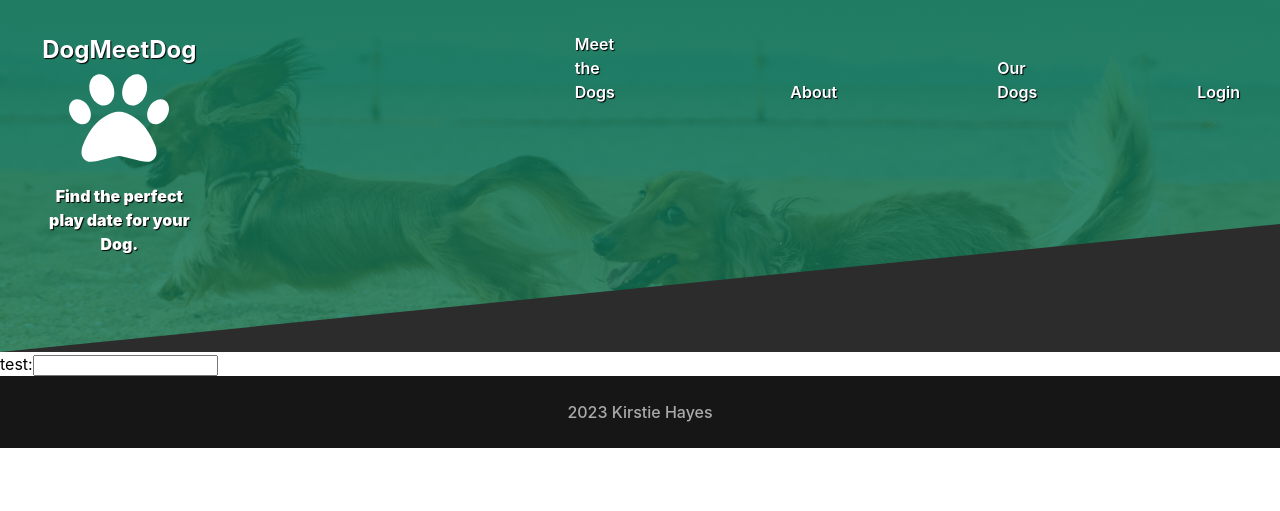
Repository: epixieme/dogmeetdog
Page: /questions (app in client/)
The author's editor kept a copy of each file at every save. The page is drawn from the files as they stood at one save, then again after the next save.
The browser window is 1280 px wide. The pictures show the whole page.
Some web libraries are served in a nearby version. The project was rebuilt for these pictures with package versions that can differ from the ones it lists, and the page was loaded fresh each time. Also part of the build but not shown: client/vite.config.ts, client/src/components/Shared/Headers/Dashboard-Header/dashboardHeader.css, client/src/components/Shared/Headers/Dashboard-Header/DashboardHeader.tsx, client/src/components/Layouts/Login_Layout.tsx, client/src/pages/LoggedOut/Home.tsx, client/src/components/Shared/ErrorMessage/ErrorMessage.tsx, client/src/components/Shared/Loader/Loader.tsx, client/src/pages/LoggedOut/About/About.tsx and 10 more.

Above is the page before, as saved 2024-01-22 16:33:14.

### client/index.html
<!DOCTYPE html>
<html lang="en">
  <head>
    <meta charset="UTF-8" />
    <link rel="icon" type="image/svg+xml" href="/vite.svg" />
    <meta name="viewport" content="width=device-width, initial-scale=1.0" />
    <script src="https://kit.fontawesome.com/b189f585cc.js" crossorigin="anonymous"></script>
    <title>Vite + React</title>
  </head>
  <body>
    <div id="root"></div>
    <script type="module" src="src/main.tsx"></script>
  </body>
</html>

### client/src/main.tsx
import ReactDOM from "react-dom/client";
import App from "./App";
import "./index.css";
import { ApolloClient, InMemoryCache, gql, ApolloProvider,} from '@apollo/client'
import React from "react";

const client = new ApolloClient({
  uri: 'http://localhost:4000',
  cache: new InMemoryCache(),
})

ReactDOM.createRoot(document.getElementById("root") as Element).render(

<ApolloProvider client={client}>
    <App />
</ApolloProvider>

);

### client/src/App.tsx
import { RouterProvider } from "react-router-dom";
import router from "./routes/router";


function App() {
  return <RouterProvider router={router} />
}

export default App;

### client/src/index.css
:root {
  font-family: Inter, system-ui, Avenir, Helvetica, Arial, sans-serif;
  line-height: 1.5;
  font-weight: 400;
}

html {
  font-size: 100%;
}

body {
  margin: 0;
  padding: 0;
  box-sizing: border-box;
  min-height: 100vh;
  background:white
}

a {
  text-decoration: unset;
  color: unset;
}

body::-webkit-scrollbar {
  display: none;
}

body {
  -ms-overflow-style: none;
  scrollbar-width: none;
}

.invisible{
  visibility: hidden;
}

.visible{
  visibility: visible;
}
.hidden {
  display: none;
}

/*** loading spinner ***/


@keyframes grow {
  0%{
    transform: scale(1);
  }
  20%{
    transform: scale(1.3);
  }
  40%{
    transform: scale(1.5);
  }
  60%{
    transform: scale(1.4);
  }
  80%{
    transform: scale(1.3);
  }
  100%{
    transform: scale(1);
  }
}

@keyframes fade {
  0%{
    color:#868282
  }
  50%{
    color:white
  }
  100%{
    color:#868282
  }

}

.loader{
  width: 100vw;
  height: 50vh;
  display: flex;
  align-items: center;
  justify-content: center;
  gap:20px;
  color:white;
  background: #2C2C2C;

}

.loader h2{
  animation:fade 5s linear infinite;
}
.one,.two,.three{
  background: #868282;
  height:10px;
  width:10px;
  border-radius: 50%;
  animation:grow 3s linear infinite;

}

@keyframes spinner {
  0% {
    transform: rotate(0deg);
  }

  100% {
    transform: rotate(360deg);
  }
}

.loading-spinner {
  display: flex;
  align-items: center;
  justify-content: center;
  padding: 20px;
  width: 50px;
  height: 50px;
  border: 10px solid #293264;
  border-top: 10px solid #3b673a;
  border-radius: 50%;
  animation: spinner 5s linear infinite;
  color:white
}

.spinner-container {
  display: grid;
  justify-content: center;
  align-items: flex-start;
  height: 100vh;
  background: #2C2C2C;
}
/*** layout ***/

.layout-wrapper {
  min-height: 70vh;
  display: flex;
  flex-direction: column;

}

/*** navigation menu ***/

.nav-menu-container {
  display: flex;
  align-items: flex-start;
  padding: 2rem 2.5rem;
  background: #2C2C2C;
  height: 5vh;
  font-size: 1rem;
  gap: 1rem;
  color: white;
  position: relative;
  height: 40vh;
  background: linear-gradient(0deg, rgba(15,115,85,0.8), rgba(15,115,85,0.9)),
  url("./assets/images/nav-background-img.jpg") no-repeat center center;
  background-size: 100%;
  background-position: cover;


}


.nav-menu-container > svg {
  position: absolute;
  bottom: 0;
  left:0;
  width: 100%;
  height: 10vw;

  /* set height to pixels if you want angle to change with screen width */
}
.nav-menu-container .logo {
  color: white;
  font-weight: 900;
  font-size: 1rem;
  text-shadow:1px 1px 2px pink;
}

.nav-links-container {
  /* padding-top: 1rem; */

  display: flex;
  justify-content: flex-end;
  align-items: flex-end;
  gap: 2.5em;

}

.nav-links-container a {
  text-decoration: none;
  font-weight: 600;
  font-size: 10px;
  color:white;

}

.nav-links-container a:hover {
  color:white;
  text-decoration: underline;
}

/*** home page ***/

.home-container {

  color: white;

padding: 20px 10px;
  /* display: flex;
    justify-content: flex-start;
    flex-direction: column;
    align-items: center; */
    background-image: url(./assets/images/dogs-hero-image.png);
    background-repeat: no-repeat;
    background-size: auto auto;

    background-position: center center;
    background-color: #2C2C2C;
    height: 100vh;
    margin:0
  /* background-color: rgba(15,115,85,0.4); */

}


.home-container h1 {

  font-weight: 700;
  font-size: 2.25rem;
  line-height: 42px;
}

.home-container p {
  line-height: 24px;
}

.home-container .btnLink button{
  color:white;
  display: inline-block;
  text-align: center;
  background-color: #e71a88;
  border: 2px solid white;
  box-shadow:0 0 0 0px white, 0 0 0 2px #F26700;
  width: 100%;
  margin-top: 27px;
  padding-block: 0.75rem;
  padding-inline: 3rem;
  font-weight: 700;
  border-radius: 5px;
  cursor: pointer;
  transition: transform 0.1s ease-in-out;
  box-shadow: 0 3px 10px rgb(0 0 0 / 0.2);
  transition: 0.3s;
}

.home-container button:hover {
  background-color: #0F7355;
  box-shadow: 0 3px 10px rgb(0 0 0 / 0.6);
}

.home-container a {
  color: white;
  text-decoration: none;
}

.home-container a:hover {
  transform: translate(1px, 1px);
}

.carousel-container {
  padding-block: 30px;
  width: 100%;
  display: flex;
  flex-direction: column;
  align-items: center;
}

.carousel-container img {
  box-shadow: 2px 2px 6px 0px rgba(0, 0, 0, 0.3);
  width: 20rem;
  height: 20rem;
  border-radius: 20px;
  object-fit: cover;
  object-position: bottom;
}


.carousel-container-elements {
  display: grid;
  grid-template-columns: 1fr;
  grid-gap: 20px;
  align-items: stretch;
  text-align: center;
  padding-inline: 20px;
}

.carousel-container-elements {
  font-weight: 600;
}

.carousel-buttons {
  display: flex;
  padding-top: 30px;
  gap: 2em
}

/* all buttons inside of carousel */

.carousel-buttons button {
  display: inline-block;
  text-align: center;
  background-color: #3B673A;
  border: none;
  width: 130px;
  margin-top: 27px;
  padding-block: 0.75rem;
  padding-inline: 1rem;
  font-weight: 700;
  border-radius: 5px;
  cursor: pointer;
  transition: transform 0.1s ease-in-out;
  box-shadow: 0 3px 10px rgb(0 0 0 / 0.2);
  color: white;
  transition: 0.3s;

}

.carousel-buttons button:hover {
  background-color: #244323;
  box-shadow: 0 3px 10px rgb(0 0 0 / 0.6);

}

/* animations */
.carousel-fade-in {
  animation: carousel-fade-in 2s;
  opacity: 1;
}

@keyframes carousel-fade-in {
  from {
    opacity: 0;
  }
}

/*** About Page ***/
.about-hero-img {
  margin-top:40px;
  max-width: 90%;
  border-radius: 20px;
}
.about-container{
  background-color: #2C2C2C;

}
.about-content {
  padding-inline: 23px;
  color: white;
  margin-bottom: 55px;

}

.about-content h1 {
  line-height: 38px;
}

.about-content p {
  line-height: 22px;
}

.about-call-to-action {
  background-color: #C3CA95;
  border: 4px solid #3A673A;
  color: white;
  padding-inline: 32px;
  padding-bottom: 32px;
  margin-inline: 27px;
  border-radius: 5px;
  box-shadow: 0 3px 10px rgb(0 0 0 / 0.2);
}

.about-call-to-action h2 {
  margin: 0;
  padding-block: 37px;
  font-weight: 1.5rem;
}

.about-call-to-action .btnLink button{
  color:white;
  display: inline-block;
  text-align: center;
  background-color: #3B673A;
  border: none;
  width: 100%;
  margin-top: 27px;
  padding-block: 0.75rem;
  padding-inline: 3rem;
  font-weight: 700;
  border-radius: 5px;
  cursor: pointer;
  transition: transform 0.1s ease-in-out;
  box-shadow: 0 3px 10px rgb(0 0 0 / 0.2);
  transition: 0.3s;
}


.about-call-to-action button:hover {
  background-color: #244323;
  box-shadow: 0 3px 10px rgb(0 0 0 / 0.6);

}

.footer-container {
  background-color: #161616;
  color: #aaaaaa;
  height: 10vh;
  display: flex;
  flex-shrink: 0;
  justify-content: center;
  align-items: center;
  font-weight: 500;
  margin:0
}


/*** Dogs page ***/
.dogs-container{
  background-color: #2C2C2C;
  color:white
}
.dog-list-container {
  padding-inline: 23px
}

.dog-list {
  display: grid;
  grid-template-columns: 1fr;
  justify-items: center;
  gap: 34px;
  padding: 20px;

}

.dog-list-container button {
  margin-right: 20px;
  cursor: pointer;
}


.dog-card {
  margin-bottom: 30px
}

.dog-card a {
  color:white;
  text-decoration: none;
}

.dog-card img {
  max-width: 100%;
  border-radius: 5px;
  width: 20rem;
  height: 20rem;
  object-fit: cover;
}


.dog-likes {
  display: flex;
  align-items: center;
  height: 34px;
  padding: 6px 26px;
  font-style: normal;
  font-weight: 500;
  border: none;
  border-radius: 5px;
  background-color: #115E59;
  color: white
}

.dog-likes:hover {
  color: #FFEAD0;
}

.dog-likes:focus {
  outline: none;
}



/* .dog-condition.juicy-bones {
  background-color: #dd542b;
} */





.dog-condition.top-notch {
  background-color: #161616;
}

.dog-condition.clear-filters {
  margin-left: -20px;
  height: 34px;
  padding: 6px 26px;
  font-style: normal;
  font-weight: 500;
  border: none;
  border-radius: 5px;
  text-decoration: underline;
  background-color: transparent;
  color: #4D4D4D;
}

.not-found-container {

  display: flex;
  flex-direction: column;
  align-items: center;
  padding-inline: 23px;
  text-align: center;

}

.not-found-container>h1 {
  font-size: 1rem;
}

.not-found-container .link-button {
  display: inline-block;
  text-align: center;
  background-color: #3B673A;
  border: none;
  width: 50%;
  margin-top: 27px;
  padding-block: 0.75rem;
  font-weight: 700;
  border-radius: 5px;
  cursor: pointer;
  transition: transform 0.1s ease-in-out;
  box-shadow: 0 3px 10px rgb(0 0 0 / 0.2);
  color: white
}

.footer-container{
  background-color: #161616;
  color: #aaaaaa;
  height: 10vh;
  display: flex;
  flex-shrink: 0;
  justify-content: center;
  align-items: center;
  font-weight: 500;
  margin:0
}

.dog-detail-container{
  display: flex;
  justify-content: center;
  background-color: #2C2C2C;



  }
.dog-detail{
  margin-top:40px;
  display: flex;
  flex-direction: column;
  justify-content: center;
  align-items: center;
  width:400px;
  color: white;
}


.dog-detail-container img{
  border-radius: 20px;
  object-fit: cover;
  width:400px;
  border:white 2px solid

}

@media screen and (min-width: 800px) {
  .nav-menu-container .logo > h1 {
    font-size: 1.5rem;
    margin:0;
    text-shadow: 1px 1px 1px #000;
  }

  .logo > p {

    font-size: 1rem;
    text-shadow: 1px 1px 1px #000;
  }
  .logo svg {
    height:100px;
    fill:white;

  }

  .logo{
    display: flex;
    flex-direction: column;
    align-items: center;
    justify-content: flex-end;
    margin-right: 30%;
    width:15%;
    text-align: center;
  }

  .nav-links-container a {
    font-size: 1rem;
    text-shadow: 1px 1px 1px #000;
  }

  .nav-menu-container {
    /* justify-content: space-between;
    padding: 20px 50px; */
  }

  .nav-links-container {
    display: flex;
    gap: 10em;

  }


  .home-container {
    display: flex;
    justify-content: flex-end;
    flex-direction: column;
    align-items: center;
    background-image: url(./assets/images/dogs-hero-background.png);
    background-repeat: no-repeat;
    background-position: top;
    background-size: stretch;
    background-color: #2C2C2C;
    height: 70vh;
    margin:0

  }

  .home-container .btnLink{
    width: 25%
  }

  .carousel-container-elements {
    grid-template-columns: repeat(3, 1fr);
  }

  .carousel-container img {
    width: 25rem;
    height: 25rem;
  }

  .carousel-container{
    background: transparent;
  }

  .carousel-buttons button {
    width:200px
  }

  .about-container {
    display: flex;
    flex-direction: column;
    justify-content: center;
    align-items: center;
  }

  .about-content {
    display: flex;
    flex-direction: column;

  }

  .about-content h1 {
    font-size: 1.5rem;
  }

  .about-call-to-action button {
    width: 20%
  }

  .about-call-to-action {
    display: flex;
    flex-direction: column;
    align-items: center;
    width: 50%;

  }

  .dog-condition {
    display: flex;
    align-items: center;
  }

  .dog-card-container {
    display: grid;
    grid-template-columns: repeat(4, 1fr);
    justify-content: center;
    gap: 20px;
    padding-inline: 20px;
  }

  .dog-card {
    display: flex;
    flex-direction: column;
    align-items: flex-start;
    justify-content: center;
    padding-bottom: 20px;
  }

  .search-bar{
    display:flex
  }

}

### client/src/routes/router.tsx
import {
  createBrowserRouter,
  createRoutesFromElements,
  Route,
} from "react-router-dom";

import Main_Layout from "../components/Layouts/Main_Layout";
import Login_Layout from "../components/Layouts/Login_Layout";
import Home from "../pages/LoggedOut/Home";
import About from "../pages/LoggedOut/About/About";
import DisplayDogs from "../pages/LoggedOut/Dogs/DisplayDogs";
import NotFound from "../pages/Shared/NotFound";
// import DogDetails from "../pages/LoggedOut/Dogs/DogDetails";
import Dashboard from "../pages/LoggedIn/Dashboard";
import Reviews from "../pages/LoggedIn/Reviews";
import Question from "../pages/SignUp/Question";
import Login from "../pages/Login/Login";
import QuestionPage from "../pages/SignUp/QuestionPage";



//nested routes
const router = createBrowserRouter(
  createRoutesFromElements(
    <Route path="/" element={<Main_Layout />}>
      <Route index element={<Home />} />
      <Route path="dogs" element={<DisplayDogs /> } />
      <Route path="about" element={<About />} />
      <Route path="questions" element={<QuestionPage />} />
      <Route path="login"element={<Login />}/>
      {/* <Route path="dogs/:id" element={<DogDetails />} /> */}
      <Route path="meetdogs" element={<Login_Layout />}>
        <Route index element={<Dashboard />} />
        <Route path="reviews" element={<Reviews />} />
      </Route>
      <Route path="*" element={<NotFound />} />
    </Route>
  )
);

export default router;

### client/src/components/Layouts/Main_Layout.tsx
import Footer from "../shared/Footer/Footer"
import Header from "../shared/Headers/Main-Header/Header";
import { Outlet } from "react-router-dom";

export default function Main_Layout() {
  return (
    <>
      <Header />
      <main className="">
        <Outlet />
      </main>
      <Footer />
    </>
  );
}

### client/src/pages/SignUp/QuestionPage.tsx
import { Question } from "@/components/features"
export default function Questions(){

    return (
        <>
        <Question questionText='test'/>
        </>
    )
}

### client/src/components/Shared/Footer/Footer.tsx
export default function Footer() {
  return (
    <footer className="footer-container">
      <p>2023 Kirstie Hayes</p>
    </footer>
  );
}

### client/src/components/Shared/Headers/Main-Header/Header.tsx
import { Link, NavLink } from "react-router-dom";
// @ts-ignore
import useWindowWidth  from '../../../../hooks/useWindowWidth'

export default function Header() {
  const activeStyles = {
    textDecoration: "underline",
    color: "white",
  };

  const inactiveStyles = {
    color: "white",
  };

  const screenWidth = useWindowWidth()

  return (
    <header className="nav-menu-container">
      <svg
        xmlns="http://www.w3.org/2000/svg"
        viewBox="0 0 100 100"
        preserveAspectRatio="none"
      >
        <polygon fill="#2C2C2C" points="0,100 100,0 100,100" />
      </svg>

      <Link className="logo" to="/">
        <h1>DogMeetDog</h1>
        <svg
          xmlns="http://www.w3.org/2000/svg"
          height="1em"
          viewBox="0 0 512 512"
        >
          <path d="M226.5 92.9c14.3 42.9-.3 86.2-32.6 96.8s-70.1-15.6-84.4-58.5s.3-86.2 32.6-96.8s70.1 15.6 84.4 58.5zM100.4 198.6c18.9 32.4 14.3 70.1-10.2 84.1s-59.7-.9-78.5-33.3S-2.7 179.3 21.8 165.3s59.7 .9 78.5 33.3zM69.2 401.2C121.6 259.9 214.7 224 256 224s134.4 35.9 186.8 177.2c3.6 9.7 5.2 20.1 5.2 30.5v1.6c0 25.8-20.9 46.7-46.7 46.7c-11.5 0-22.9-1.4-34-4.2l-88-22c-15.3-3.8-31.3-3.8-46.6 0l-88 22c-11.1 2.8-22.5 4.2-34 4.2C84.9 480 64 459.1 64 433.3v-1.6c0-10.4 1.6-20.8 5.2-30.5zM421.8 282.7c-24.5-14-29.1-51.7-10.2-84.1s54-47.3 78.5-33.3s29.1 51.7 10.2 84.1s-54 47.3-78.5 33.3zM310.1 189.7c-32.3-10.6-46.9-53.9-32.6-96.8s52.1-69.1 84.4-58.5s46.9 53.9 32.6 96.8s-52.1 69.1-84.4 58.5z" />
        </svg>
        <p>Find the perfect play date for your Dog.</p>
      </Link>

      <nav className={// @ts-ignore
      screenWidth > 800 ? "nav-links-container" : "hidden"}>
      <NavLink
          to="/meetdogs"
          style={({ isActive }) => (isActive ? activeStyles : inactiveStyles)}
        >
          Meet the Dogs
        </NavLink>
        <NavLink
          to="/about"
          style={({ isActive }) => (isActive ? activeStyles : inactiveStyles)}
        >
          About
        </NavLink>
        <NavLink
          to="/dogs"
          style={({ isActive }) => (isActive ? activeStyles : inactiveStyles)}
        >
          Our Dogs
        </NavLink>
        <NavLink
          to="/login"
          style={({ isActive }) => (isActive ? activeStyles : inactiveStyles)}
        >
          Login
        </NavLink>
      </nav>
    </header>
  );
}

### client/src/components/Features/index.ts
export {default as DogCardList } from './DogCardList/DogCardList'
export {default as DogInformationCard}  from  './DogInformationCard/DogInformationCard'
export {default as Question }  from  './Question'

### client/src/hooks/useWindowWidth.jsx
import { useState, useEffect } from "react";

const useWindowWidth = () => {
  const [windowWidth, setWindowWidth] = useState(window.innerWidth);
  console.log(windowWidth)

  const updateWindowWidth = () => {
    setWindowWidth(window.innerWidth);

  };
  useEffect(() => {
    window.addEventListener("resize", updateWindowWidth);

    return () => window.removeEventListener("resize", updateWindowWidth);
  }, []);

  return windowWidth;
};

export default useWindowWidth;

### client/src/components/Features/Question.tsx

interface Props {
  questionText: string;

}

export default function Question({ questionText }: Props) {
  return (
    <form action="" className="question1-container">
      <label>{questionText}:</label>
      <input type="text"></input>


    </form>
  );
}

### client/src/components/Shared/Button/Button.tsx
import React from "react";
import { Link } from "react-router-dom";


interface buttonProps {
  btnText:string,
  route?:any,
  onClick?: () => void,
}


export default function Button({ btnText, route, onClick }: buttonProps){
  return (
    <Link to={route} onClick={onClick} className="btnLink">
      <button> {btnText}</button>
    </Link>
  );
}

### client/src/components/Shared/index.ts
export { default as Button } from './Button/Button'
export { default as ErrorMessage } from './ErrorMessage/ErrorMessage'
export { default as Footer } from './Footer/Footer'
export { default as Header } from './Headers/Main-Header/Header'
export { default as DashboardHeader} from './Headers/Dashboard-Header/DashboardHeader'
export { default as Loader } from './Loader/Loader'

After the next save:
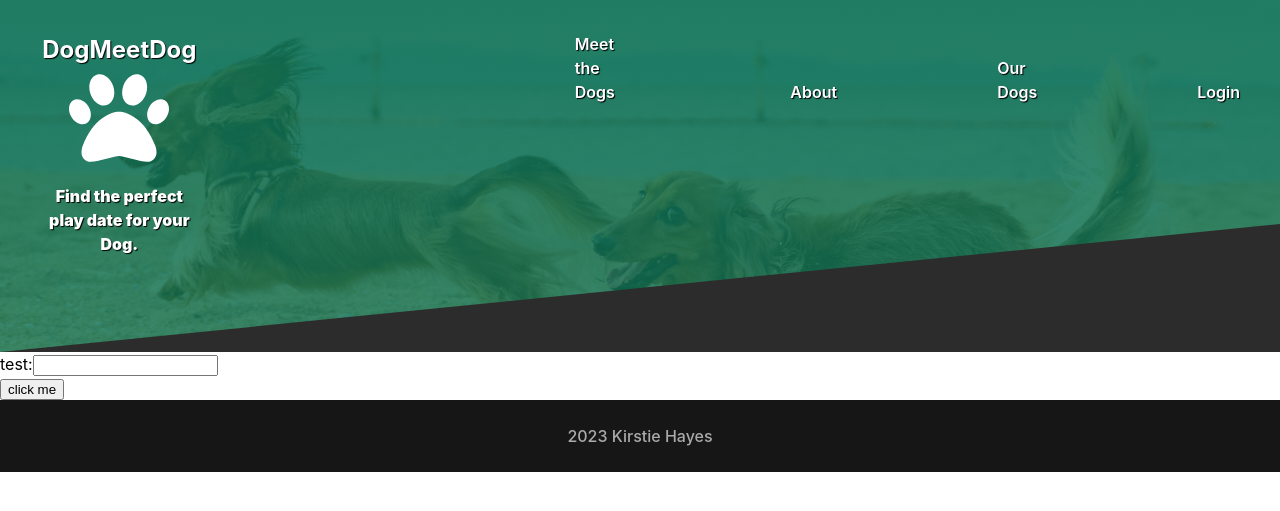
Saved 2 min 13 s later.
--- a/client/src/pages/SignUp/QuestionPage.tsx
+++ b/client/src/pages/SignUp/QuestionPage.tsx
@@ -1,9 +1,11 @@
 import { Question } from "@/components/features"
+import { Button } from "@/components/shared"
 export default function Questions(){
 
     return (
         <>
         <Question questionText='test'/>
+        <Button route="/question2" btnText={"click me"} />
         </>
     )
 }
